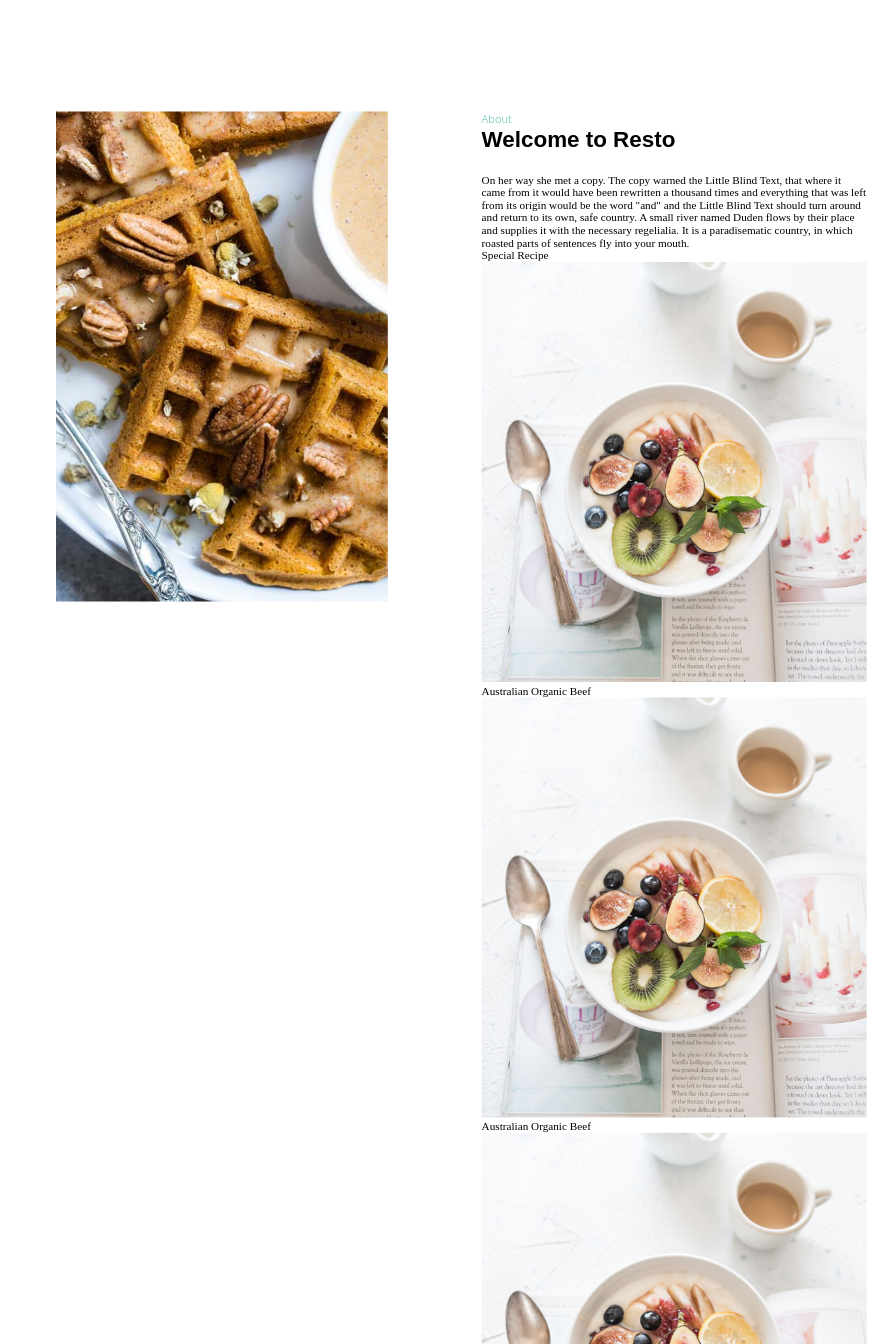
Repository: nguyenanhtuanHDU/myrestaurant
Page: index.html
The author's editor kept a copy of each file at every save. The page is drawn from the files as they stood at one save, then again after a run of saves.
The browser window is 1280 px wide. The pictures show the part of the page from y = 646 to 2566 px (the page is 2886 px tall before and 2904 px after), at 70% of full size.

Above is the page before, as saved 2022-02-01 02:00:59.

After the next 3 saves:
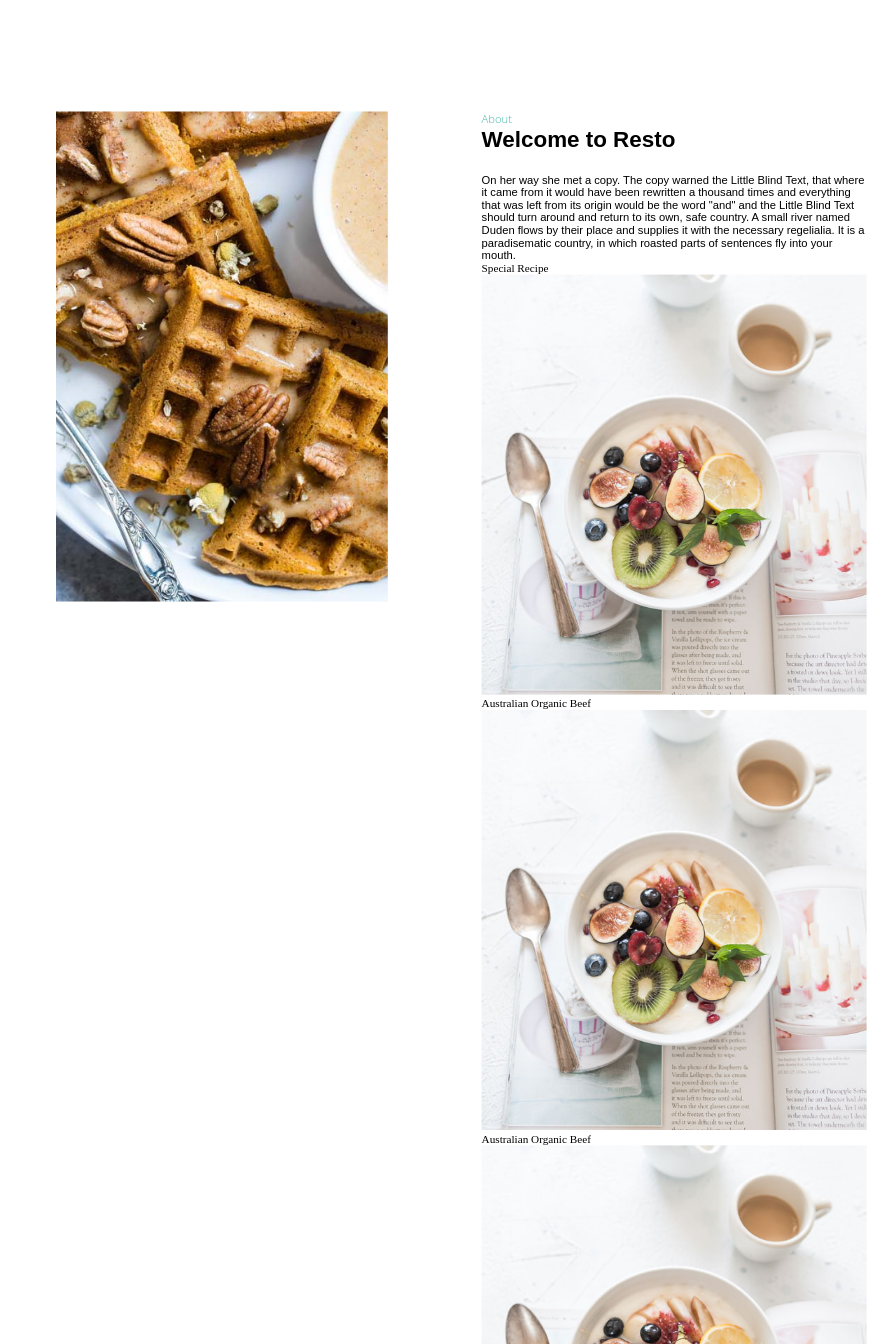
The 3 saves are shown as one change because they came seconds apart.
The last was saved 8 s later.
--- a/assets/style.css
+++ b/assets/style.css
@@ -219,4 +219,7 @@
     font-size: 32px;
     margin-bottom: 30px;
 }
-.conte
+.content_para{
+    font-family: 'Josefin Sans',sans-serif;
+    fo
+}
